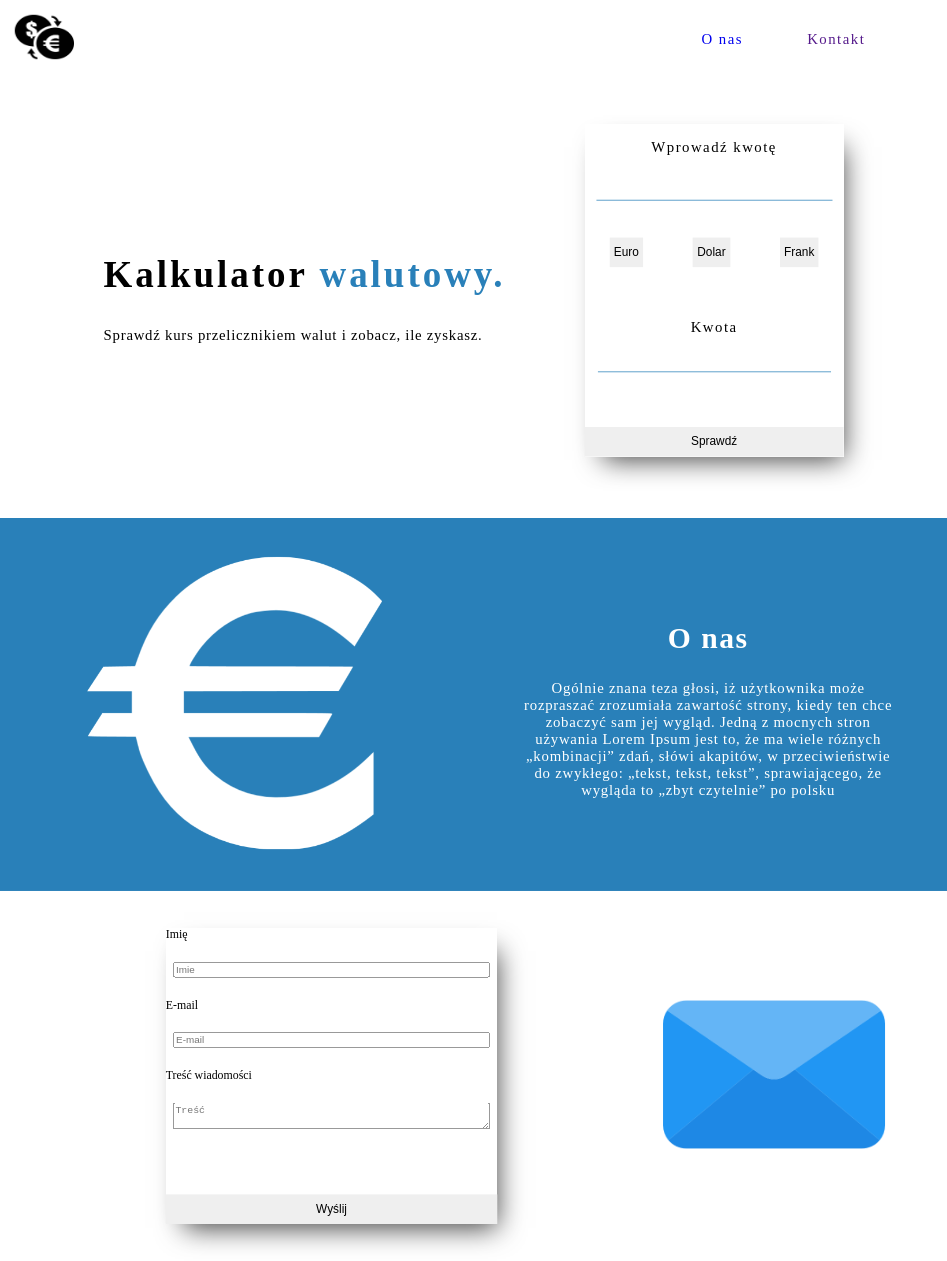
Repository: SebastianArmata22/Kalkulator-walut
Page: index.html
These files come from the project's save history. The page is drawn as it stood at one moment and after the next save; the edit follows.
The browser window is 1280 px wide. The pictures show the whole page, at 74% of full size.

Above is the page before, as saved 2020-10-24 14:10:02.

After the next save:
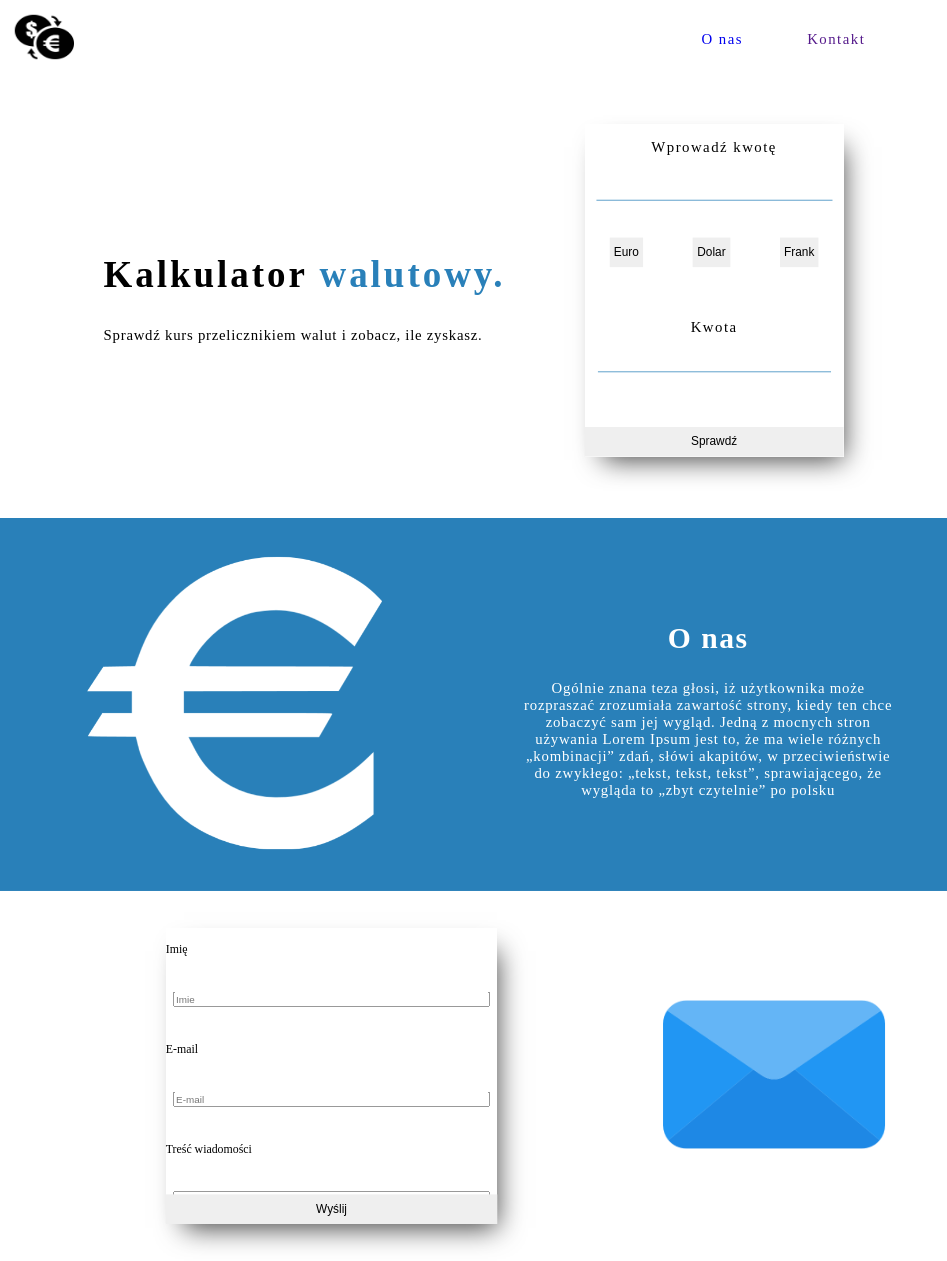
Saved 12 s later.
--- a/style.css
+++ b/style.css
@@ -176,7 +176,7 @@ margin-bottom: 50px;
     margin: 10px;
 }
 .contact-form label {
-    margin-bottom: 20px 0 20px 0;
+    margin: 20px 0 20px 0;
 }
 .contact-form button{
 position: absolute;
